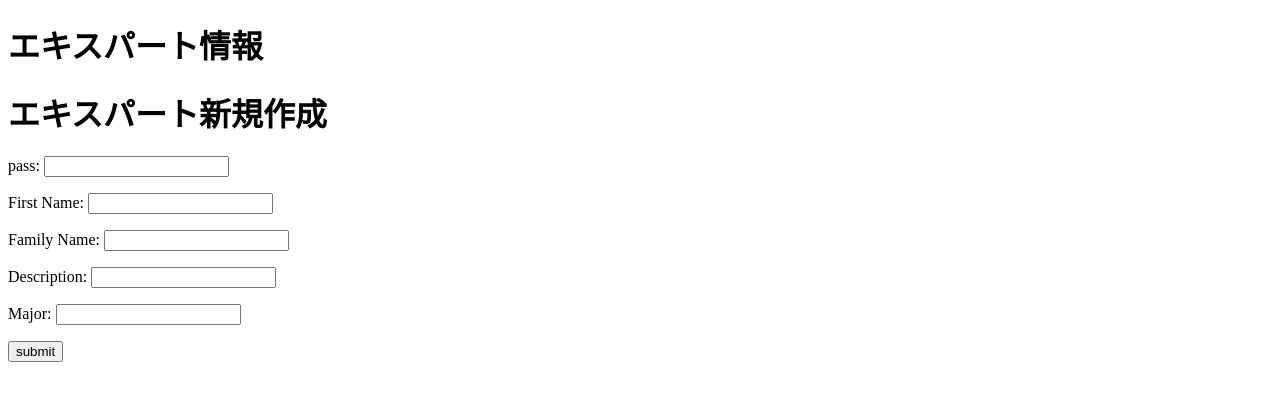
Repository: tsuzuki-takaaki/Emo
Page: http://localhost/views/admin/admin_expert.php
The author's editor kept a record of every edit. The page is drawn from the files as they stood at one moment, then again after the next edit.
The browser window is 1280 px wide. The pictures show the whole page.
The page is run by PHP 8.4 with error messages shown; the project is at /var/www/html/.

Above is the page before.

After the next edit:
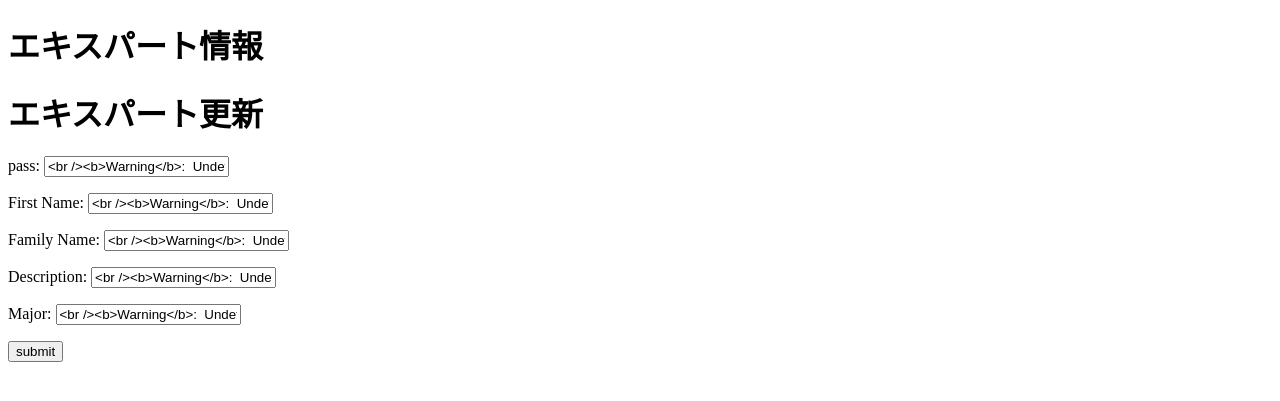
The edit:
--- a/views/admin/admin_expert.php
+++ b/views/admin/admin_expert.php
@@ -7,13 +7,13 @@
     <body>
         <h1>エキスパート情報</h1>
 
-        <h1>エキスパート新規作成</h1>
-            <form action="/admin/expert/create" method="post">
-                <p>pass: <input type="text" name="pass" required></p>
-                <p>First Name: <input type="text" name="first_name" required></p>
-                <p>Family Name: <input type="text" name="family_name" required></p>
-                <p>Description: <input type="text" name="description" required></p>
-                <p>Major: <input type="text" name="major" required></p>
+        <h1>エキスパート更新</h1>
+            <form action="/admin/expert/<?php print $expert_id; ?>/update/" method="post">
+                <p>pass: <input type="text" name="pass" value="<?php print $expert['pass']; ?>" required></p>
+                <p>First Name: <input type="text" name="first_name" value="<?php print $expert['first_name']; ?>" required></p>
+                <p>Family Name: <input type="text" name="family_name" value="<?php print $expert['family_name']; ?>" required></p>
+                <p>Description: <input type="text" name="description" value="<?php print $expert['description']; ?>" required></p>
+                <p>Major: <input type="text" name="major" value="<?php print $expert['major']; ?>" required></p>
                 <p><input type="submit" value="submit"></p>
             </form>
     </body>
